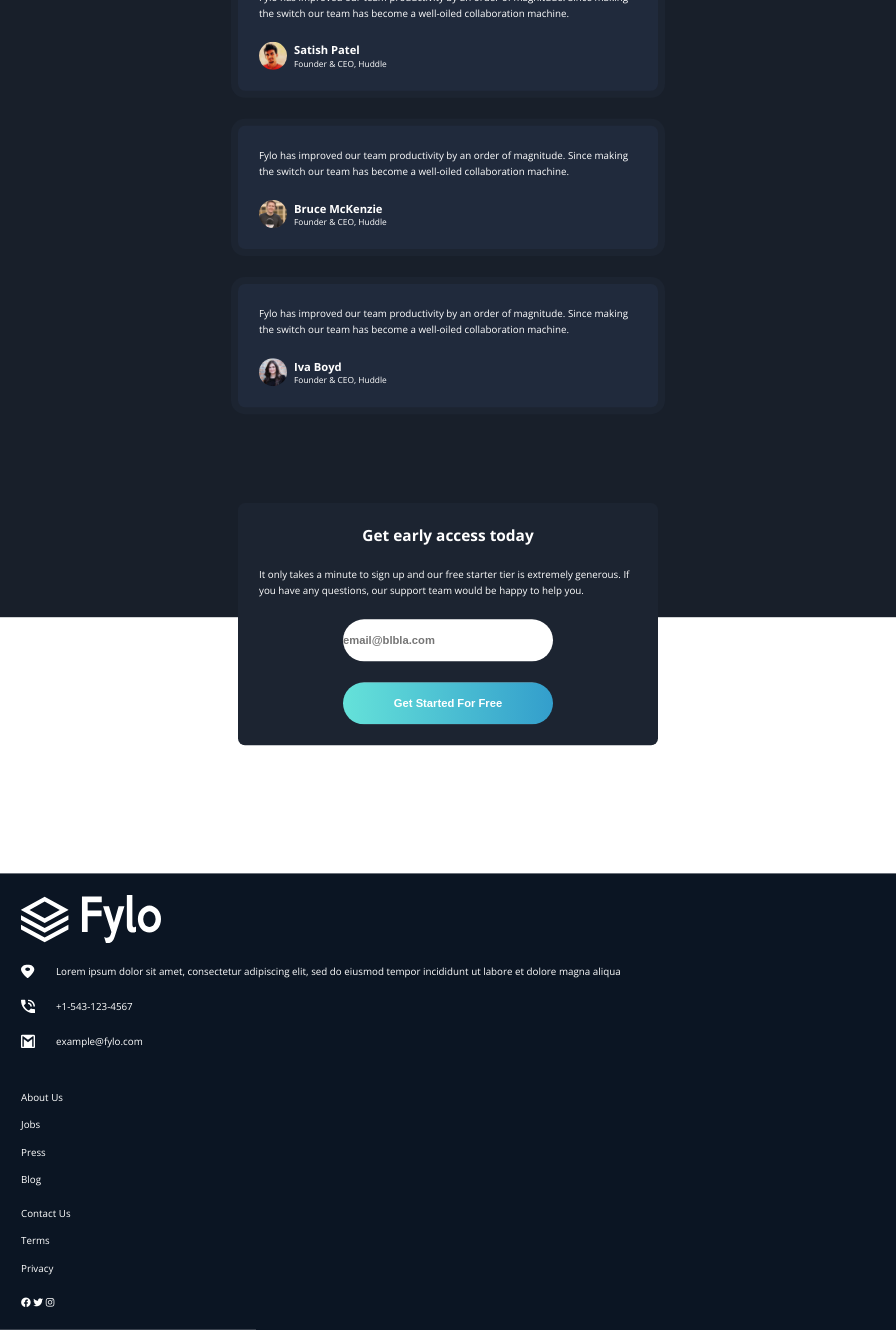
Repository: tomas938/fylo-dark-theme-landing-page-master
Page: index.html
The author's editor kept a copy of each file at every save. The page is drawn from the files as they stood at one save, then again after the next save.
The browser window is 1280 px wide. The pictures show the part of the page from y = 2814 to 4734 px (the page is 4714 px tall before and 4734 px after), at 70% of full size.
Some web libraries are served in a nearby version. The style sheet was rebuilt from its Sass, Less or Tailwind sources for each picture, by a compiler version that may differ from the author's.

Above is the page before, as saved 2021-08-05 17:40:08.

### index.html
<!DOCTYPE html>
<html lang="en">
	<head>
		<meta charset="UTF-8" />
		<meta name="viewport" content="width=device-width, initial-scale=1.0" />
		<link
			rel="icon"
			type="image/png"
			sizes="32x32"
			href="./images/favicon-32x32.png"
		/>
		<title>
			Frontend Mentor | Fylo landing page with dark theme and features grid
		</title>
		<link rel="stylesheet" href="https://pro.fontawesome.com/releases/v5.10.0/css/all.css" integrity="sha384-AYmEC3Yw5cVb3ZcuHtOA93w35dYTsvhLPVnYs9eStHfGJvOvKxVfELGroGkvsg+p" crossorigin="anonymous"/>
		<link rel="stylesheet" href="/scss/main.css" />
	</head>
	<body>
		<section class="intro">
			<nav class="intro__navigation">
				<img src="/images/logo.svg" alt="" />
				<ul class="intro__navigation__links">
					<li><a href="#">Features</a></li>
					<li><a href="#">Team</a></li>
					<li><a href="#">Sign In</a></li>
				</ul>
			</nav>
			<div class="intro__description">
				<img class="bg-image" src="/images/illustration-intro.png" alt="" />
				<h1>All your files in one secure location, accessible anywhere.</h1>
				<p>
					Fylo stores all your most important files in one secure location.
					Access them wherever you need, share and collaborate with friends
					family, and co-workers.
				</p>
				<button class="blue-rounded">Get Started</button>
			</div>
		</section>
		<section class="about">
			<div class="about__item">
				<img src="/images/icon-access-anywhere.svg" class="icon"></img>
				<h3>Access your files, anywhere</h3>
				<p>
					The ability to use a smartphone, tablet, or computer to access your
					account means your files follow you everywhere.
				</p>
			</div>
			<div class="about__item">
				<img src="/images/icon-security.svg" class="icon"></img>
				<h3>Security you can trust</h3>
				<p>
					2-factor authentication and user-controlled encryption are just a
					couple of the security features we allow to help secure your files.
				</p>
			</div>
			<div class="about__item">
				<img src="/images/icon-collaboration.svg" class="icon"></img>
				<h3>Real-time collaboration</h3>
				<p>
					Securely share files and folders with friends, family and colleagues
					for live collaboration. No email attachments required.
				</p>
			</div>
			<div class="about__item">
				<img src="/images/icon-any-file.svg" class="icon"></img>
				<h3>Store any type of file</h3>
				<p>
					Whether you're sharing holidays photos or work documents, Fylo has you
					covered allowing for all file types to be securely stored and shared.
				</p>
			</div>
		</section>
    <section class="informations">
      <div class="informations__image">
        <img src="/images/illustration-stay-productive.png" alt="">
      </div>
      <div class="informations__content">
        <h4>Stay productive, wherever you are</h4>
        <p> Never let location be an issue when
		accessing your files. Fylo has you covered for all of your file storage
		needs.</p>
        <p> Securely share files and folders with friends, family and colleagues
		for live collaboration. No email attachments required.</p>
        <div class="link">
          <a href="#"> See how Fylo works</a>
          <img src="/images/icon-arrow.svg" alt="">
        </div>
      </div>
    </section>
    <section class="testimonials">
      <div class="testimonials__item">
        <img class="quotes" src="/images/bg-quotes.png" alt="">
        <p>	Fylo has improved our team productivity by an order of magnitude. Since
		making the switch our team has become a well-oiled collaboration machine.</p>
      <div class="person">
        <img src="/images/profile-1.jpg" alt="">
        <div class="person__information">
          <h4>	Satish Patel </h4>
          <h5> Founder & CEO, Huddle</h5>
        </div>
      </div>
      </div>
      <div class="testimonials__item">
        <p>	Fylo has improved our team productivity
		by an order of magnitude. Since making the switch our team has become a
		well-oiled collaboration machine.</p>
      <div class="person">
        <img src="/images/profile-2.jpg" alt="">
        <div class="person__information">
          <h4>Bruce McKenzie </h4>
          <h5> Founder & CEO, Huddle</h5>
        </div>
      </div>
      </div>
      <div class="testimonials__item">
        <p>	Fylo has improved our team productivity
		by an order of magnitude. Since making the switch our team has become a
		well-oiled collaboration machine.</p>
      <div class="person">
        <img src="/images/profile-3.jpg" alt="">
        <div class="person__information">
          <h4>	Iva Boyd </h4>
          <h5> Founder & CEO, Huddle</h5>
        </div>
      </div>
      </div>
    </section >
	<section class="contact">
		<div class="contact__item">
			<h3>Get early access today</h3>
			<p>	 It only takes a minute to sign
		  up and our free starter tier is extremely generous. If you have any
		  questions, our support team would be happy to help you.</p>
		  <input type="text" placeholder="email@blbla.com">
		  <button class="blue-rounded ">Get Started For Free</button>
		</div>
	</section>
	<footer class="footer">
		<img class="logo" src="/images/logo.svg" alt="">
		<div  class="footer__information">
			<div class="footer__information__item">
				<img  src="/images/icon-location.svg" alt="">
				<p>Lorem ipsum dolor sit amet, consectetur adipiscing elit, sed do eiusmod
		tempor incididunt ut labore et dolore magna aliqua</p>
			</div>
			<div class="footer__information__item">
				<img src="/images/icon-phone.svg" alt="">
				<p> +1-543-123-4567</p>
			</div>
			<div class="footer__information__item">
				<img  src="/images/icon-email.svg" alt="">
				<p>example@fylo.com</p>
			</div>
		</div>
		<div class="links-up">
			<a href="#">About Us</a>
			<a href="#">Jobs</a>
			<a href="#">Press</a>
			<a href="#"> Blog</a>
		</div>
		<div class="links-down">
			<a href="#"> Contact Us</a>
			<a href="#">Terms</a>
			<a href="#"> Privacy</a>
		</div>
		<div class="icon">
			<a href=""><i class="fab fa-facebook"></i></a>
			<a href=""><i class="fab fa-twitter"></i></a>
			<a href=""><i class="fab fa-instagram"></i></a>
		</div>
	</footer>



	</body>
</html>

### scss/main.scss
@import "./_partials/variables";
@import "./_partials/_reset";
@import "./_partials/_intro";
@import "./_partials/_about";
@import "./_partials/_informations";
@import "./_partials/_testimonials";
@import "./_partials/_contact";
@import "./_partials/_footer";

### scss/_partials/_variables.scss
// COLORS //

// ### Primary //

$intro-bg: hsl(217, 28%, 15%); // intro email sign up
$main-bg: hsl(218, 28%, 13%);
$footer-bg: hsl(216, 53%, 9%);
$testimonials-bg: hsl(219, 30%, 18%);

// ### Accent //

$cayn: hsl(176, 68%, 64%); //(inside call-to-action gradient)//
$blue: hsl(198, 60%, 50%); //(inside call-to-action gradient)//
$error: hsl(0, 100%, 63%);

// ### Neutral //

$white: hsl(0, 0%, 100%);

// FONTS //

// ### Headings, Call-to-actions, Header Navigation //

@import url("https://fonts.googleapis.com/css2?family=Raleway:wght@400;700&display=swap");

$heading-font: "Raleway", sans-serif;
$heading-light: 400;
$heading-bold: 700;

// ### Body //

@import url("https://fonts.googleapis.com/css2?family=Open+Sans:wght@400;700&family=Raleway:wght@400;700&display=swap");

$body-font: "Open Sans", sans-serif;
$body-light: 400;
$body-bold: 700;

// Button
.blue-rounded {
	max-width: 30rem;
	font-size: 1.6rem;
	font-weight: $heading-bold;
	border: none;
	outline: none;
	color: $white;
	background-image: linear-gradient(to right, $cayn, $blue);
	border-radius: 3rem;
	height: 6rem;
	width: 100%;
}

### scss/_partials/_reset.scss
* {
	margin: 0;
	padding: 0;
	box-sizing: border-box;
}
body {
	color: $white;
	font-family: $body-font;
}
html {
	font-size: 62.5%;
	// @media only screen and (max-width: 375px) {
	// 	font-size: 92.5%;
	// }
}
a {
	text-decoration: none;
}
li {
	list-style: none;
}

### scss/_partials/_intro.scss
.intro {
	background-color: $intro-bg;
	font-family: $heading-font;
	background-image: url(/images/bg-curvy-mobile.svg);
	background-repeat: no-repeat;
	background-position: bottom;
	background-size: 150% 50%;

	&__navigation {
		padding: 3rem 2rem;
		display: flex;
		justify-content: space-between;
	}
	img {
		width: 10rem;
		height: 2.95rem;
	}

	&__navigation__links {
		display: flex;
		align-items: center;
	}
	li:not(:last-child) {
		margin-right: 2.2rem;
	}
	a {
		color: $white;
		font-weight: $heading-light;
		font-size: 1.4rem;
	}
	&__description {
		max-width: 60rem;
		padding: 3rem;
		margin: auto;
		display: flex;
		flex-direction: column;
		align-items: center;
		grid-gap: 2rem;
	}
	.bg-image {
		width: 100%;
		height: 100%;
	}
	h1 {
		font-size: 2.5rem;
		text-align: center;
		line-height: 3.5rem;
	}
	p {
		font-size: 1.4rem;
		line-height: 2.3rem;
		text-align: center;
	}
}

### scss/_partials/_about.scss
.about {
	display: grid;
	grid-template-columns: 1fr;
	justify-items: center;
	grid-gap: 5rem;
	background-color: $main-bg;
	font-family: $heading-font;
	padding: 5rem 0;
	&__item {
		max-width: 35rem;
		display: flex;
		flex-direction: column;
		align-items: center;
		justify-content: center;
		padding: 0 1.5rem;
		grid-gap: 1rem;
	}
	.icon {
		margin-bottom: 3rem;
	}
	h3 {
		font-size: 2.2rem;
	}
	p {
		font-size: 1.4rem;
		line-height: 2.3rem;
	}
	h3,
	p {
		text-align: center;
	}
}

### scss/_partials/_informations.scss
.informations {
	display: flex;
	flex-direction: column;
	justify-content: center;
	align-items: center;
	grid-gap: 3rem;
	font-family: $heading-font;
	background-color: $main-bg;
	padding: 3rem;
	&__image {
		img {
			width: 100%;
		}
	}
	&__content {
		max-width: 60rem;

		display: flex;
		flex-direction: column;
		grid-gap: 2rem;
	}
	h3 {
		text-align: center;
	}

	h4 {
		font-size: 1.8rem;
	}
	p {
		font-size: 1.4rem;
		line-height: 2.3rem;
		text-align: left;
	}
	.link {
		display: flex;
		align-items: center;
		justify-content: flex-start;
		border-bottom: 1px solid $cayn;
		width: 16rem;
		a {
			font-size: 1.4rem;
			color: $cayn;
		}
		img {
			margin-left: 1rem;
			height: 2rem;
		}
	}
}

### scss/_partials/_testimonials.scss
.testimonials {
	background-color: $main-bg;
	display: flex;
	flex-direction: column;
	align-items: center;
	grid-gap: 5rem;
	padding: 10rem 4rem 30rem 4rem;
	position: relative;
	&__item {
		max-width: 60rem;
		background-color: $testimonials-bg;
		border-radius: 1rem;
		box-shadow: 0px 0px 0px 10px $intro-bg;
		padding: 3rem;
		display: flex;
		flex-direction: column;
		grid-gap: 3rem;
		position: relative;
		.quotes {
			position: absolute;
			top: -2.5rem;
			left: 0;
		}
	}
	.person {
		display: flex;
		align-items: center;
		grid-gap: 1rem;
	}
	img {
		border-radius: 50%;
		width: 4rem;
		height: 4rem;
	}
	p {
		font-size: 1.4rem;
		line-height: 2.3rem;
	}
	h4 {
		font-size: 1.6rem;
	}
	h5 {
		font-size: 1.2rem;
		font-weight: $heading-light;
	}
}

### scss/_partials/_contact.scss
.contact {
	display: flex;
	justify-content: center;
	padding: 1rem;
	.contact__item {
		transform: translateY(-50%);
		background-color: $intro-bg;
		padding: 3rem;
		border-radius: 1rem;
		max-width: 60rem;
		display: flex;
		flex-direction: column;
		align-items: center;
		grid-gap: 3rem;
	}
	h3 {
		font-size: 2.2rem;
	}
	p {
		font-size: 1.4rem;
		line-height: 2.3rem;
	}
	input {
		max-width: 30rem;
		font-size: 1.6rem;
		font-weight: $heading-bold;
		border: none;
		outline: none;
		color: $white;
		border-radius: 3rem;
		height: 6rem;
		width: 100%;
	}
}

### scss/_partials/_footer.scss
.footer {
	display: flex;
	flex-direction: column;
	grid-gap: 3rem;
	background-color: $footer-bg;
	padding: 3rem;
	font-size: 1.4rem;

	&__information {
		display: flex;
		flex-direction: column;
		grid-gap: 3rem;
	}
	&__information__item {
		display: flex;
		grid-gap: 3rem;
	}
	.logo {
		width: 20rem;
		height: 7rem;
	}
	.links-up,
	.links-down {
		display: flex;
		flex-direction: column;
		grid-gap: 2rem;
	}
	.links-up {
		padding-top: 3rem;
	}
	img {
		width: 2rem;
		height: 2rem;
	}
	a {
		color: $white;
	}
}

After the next save:
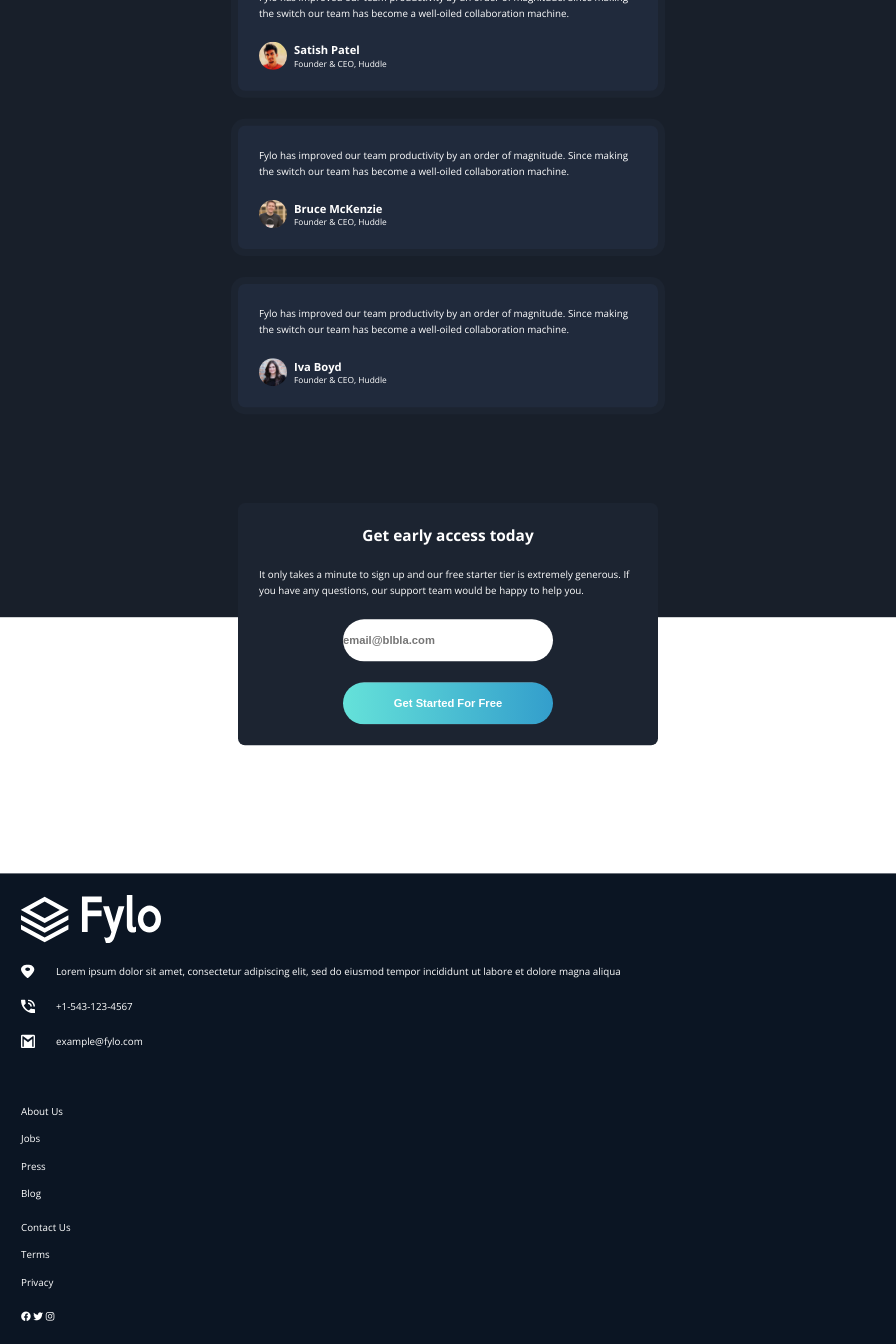
Saved 6 s later.
--- a/scss/_partials/_footer.scss
+++ b/scss/_partials/_footer.scss
@@ -26,7 +26,7 @@
 		grid-gap: 2rem;
 	}
 	.links-up {
-		padding-top: 3rem;
+		padding-top: 5rem;
 	}
 	img {
 		width: 2rem;
